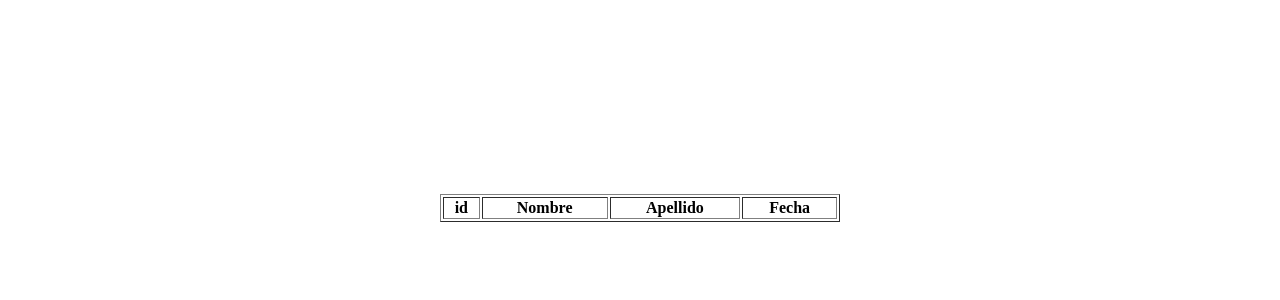
Repository: sergipc88/dev
Page: http://localhost/z.struts.hospital/consulta.jsp
These files come from the project's save history. The page is drawn as it stood at one moment and after the next save; the edit follows.
The browser window is 1280 px wide. The pictures show the whole page.
The page is served by Tomcat 9. Other server files are loaded and not shown.

Above is the page before, as saved 2018-05-09 13:40:07.

### z.struts.hospital/WebContent/consulta.jsp
<%@ page language="java" contentType="text/html; charset=ISO-8859-1"
pageEncoding="ISO-8859-1"%>
<%@ taglib prefix="c" uri="http://java.sun.com/jsp/jstl/core" %>
<%@ taglib prefix="fmt" uri="http://java.sun.com/jsp/jstl/fmt" %>
 <%@ taglib prefix="s" uri="/struts-tags"%>
<!DOCTYPE html PUBLIC "-//W3C//DTD HTML 4.01 Transitional//EN" "http://www.w3.org/TR/html4/loose.dtd">
<html>
<head>
	<meta http-equiv="Content-Type" content="text/html; charset=ISO-8859-1">
	<title>Insert title here</title>
</head>
<body>
	<style>
	body{
		height: 400px;
		display: flex;
	}
		.container{
			text-align: center;
			margin: auto;
			display: flex;
		}

		.tabla{
			width: 400px;
		}
		.ids{
			text-decoration: none;
		}

	</style>
<div class="container">

	<%-- <table border="1px solid black" class="tabla">
		<c:forEach var="pacientes" items="${pacientes}">



			<tr>
			<td><a class="ids" href="Seur?action=consultaPaciente&id=${pacientes.id_paciente}">${pacientes.id_paciente}</a></td>
				<td >${pacientes.nombre}</td>
				<td>${pacientes.apellido}</td>
				<td> <fmt:formatDate pattern="dd-MM-yyyy" value="${pacientes.fecha}"/> </td>


			</tr>

		</c:forEach>
	</table> --%>


	 <table border="1px solid black" class="tabla">
	 	<tr>
	 		<th>id</th>
	 		<th>Nombre</th>
	 		<th>Apellido</th>
	 		<th>Fecha</th>
	 	</tr>
		<s:iterator value="lista">
			<tr>
			<td><a href="mandarid.action?id=id_paciente"><s:property value="id_paciente"/></a></td>
				<td ><s:property value="nombre"/></td>
				<td><s:property value="apellido"/></td>
				<td> <s:date name="fecha" format="dd/MM/yyyy"/></td>


			</tr>

		</s:iterator>
	</table>







</div>

</body>
</html>

After the next save:
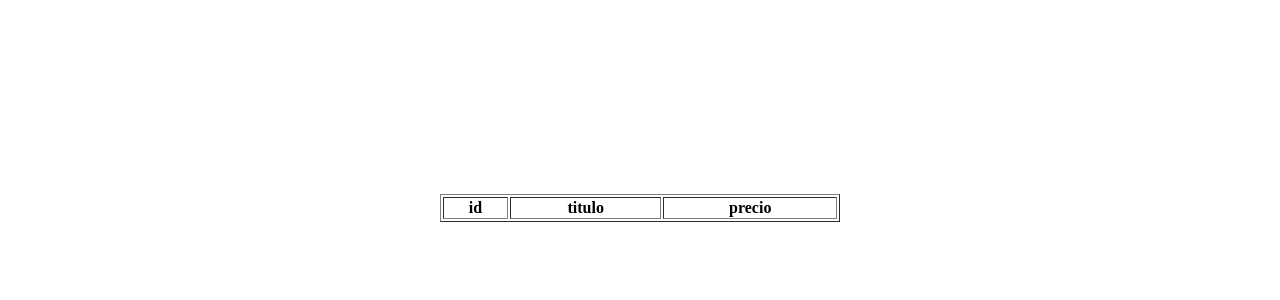
Saved 4 min 2 s later.
--- a/z.struts.hospital/WebContent/consulta.jsp
+++ b/z.struts.hospital/WebContent/consulta.jsp
@@ -29,41 +29,25 @@ pageEncoding="ISO-8859-1"%>
 		}
 
 	</style>
+
+
 <div class="container">
 
-	<%-- <table border="1px solid black" class="tabla">
-		<c:forEach var="pacientes" items="${pacientes}">
 
-
-
-			<tr>
-			<td><a class="ids" href="Seur?action=consultaPaciente&id=${pacientes.id_paciente}">${pacientes.id_paciente}</a></td>
-				<td >${pacientes.nombre}</td>
-				<td>${pacientes.apellido}</td>
-				<td> <fmt:formatDate pattern="dd-MM-yyyy" value="${pacientes.fecha}"/> </td>
-
-
-			</tr>
-
-		</c:forEach>
-	</table> --%>
 
 
 	 <table border="1px solid black" class="tabla">
 	 	<tr>
 	 		<th>id</th>
-	 		<th>Nombre</th>
-	 		<th>Apellido</th>
-	 		<th>Fecha</th>
+	 		<th>titulo</th>
+	 		<th>precio</th>
+
 	 	</tr>
 		<s:iterator value="lista">
 			<tr>
-			<td><a href="mandarid.action?id=id_paciente"><s:property value="id_paciente"/></a></td>
-				<td ><s:property value="nombre"/></td>
-				<td><s:property value="apellido"/></td>
-				<td> <s:date name="fecha" format="dd/MM/yyyy"/></td>
-
-
+			<td><a href="mandarid.action?libro.id_Libro=<s:property value='id_Libro'/>"><s:property value="id_Libro"/></a></td>
+				<td ><s:property value="titulo"/></td>
+				<td><s:property value="precio"/></td>
 			</tr>
 
 		</s:iterator>
